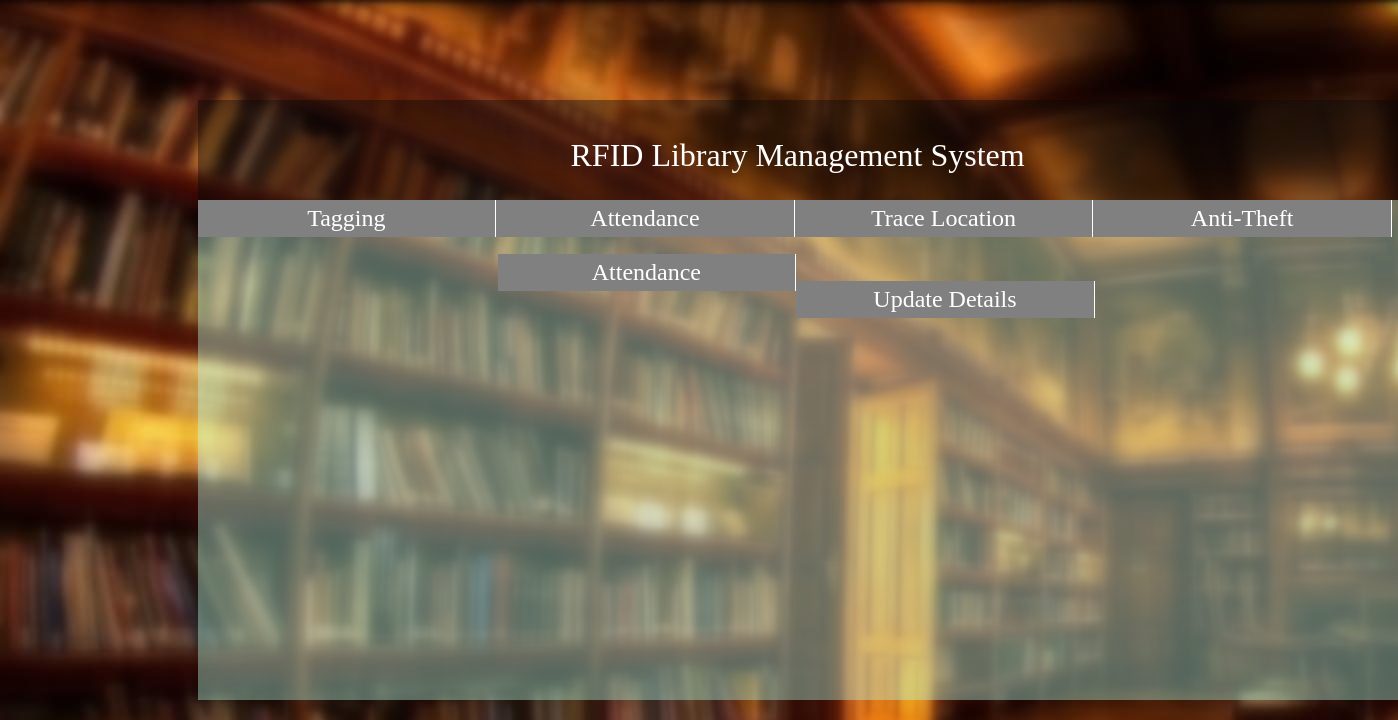
Repository: vigineshs/A-Smart-Data-Analyzer-for-Library-Management-System
Page: http://localhost/librarymgmt/attend.jsp
The author's editor kept a copy of each file at every save. The page is drawn from the files as they stood at one save, then again after the next save.
The browser window is 1280 px wide. The page is 1398 px wide, so the pictures cover 1398 px, including what lies to the right of the window. The pictures show the whole page.
The page is served by Tomcat 9.

Above is the page before, as saved 2013-02-11 14:29:21.

After the next save:
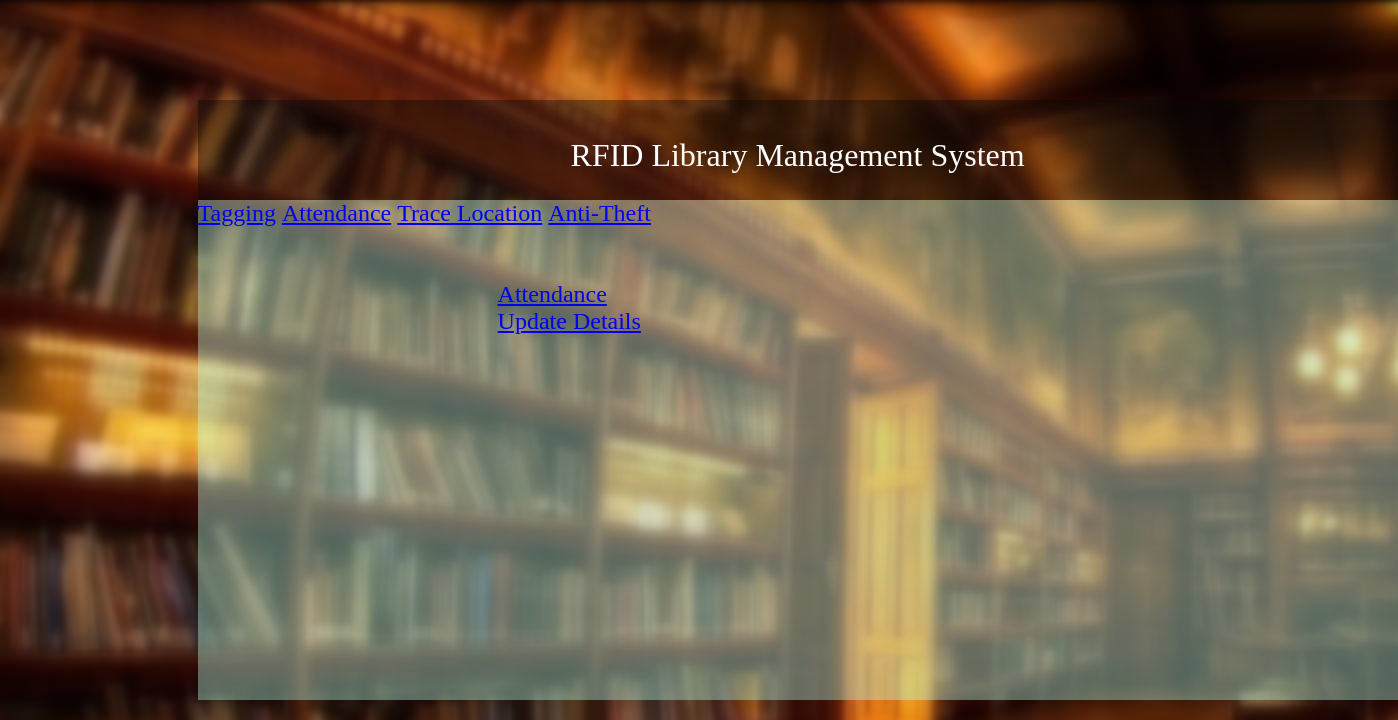
Saved 9 min 45 s later.
--- a/PassiveRFID/CS203-Version 1.0.6/Demo Applications/Dot Net C#/Demo Applications Source Code/RFID/librarymgmt/WebContent/page.css
+++ b/PassiveRFID/CS203-Version 1.0.6/Demo Applications/Dot Net C#/Demo Applications Source Code/RFID/librarymgmt/WebContent/page.css
@@ -17,7 +17,7 @@ margin:0;
 list-style-type:none;
 }
 
-a
+ul.a
 {
 float:left;
 width:10.6em;
